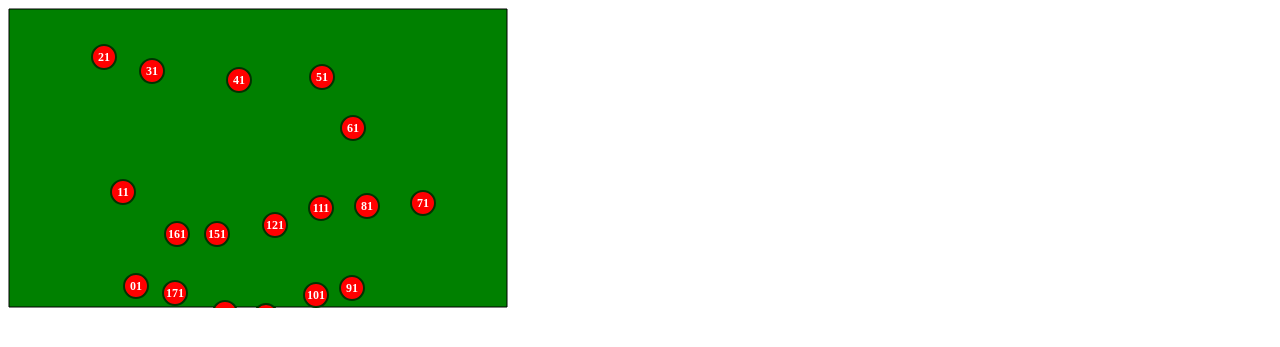
Repository: RathipriyaChandrasekaran/dotlite
Page: ConnectDots/animals.html
An editor plug-in stored every save of this project. The page is shown before and after the next save, followed by the edit.
The browser window is 1280 px wide. The pictures show the whole page.

Above is the page before, as saved 2014-12-14 20:38:48.

### ConnectDots/animals.html
<!DOCTYPE html>
<html>
<head>
     <meta charset="utf-8" />
     <meta name="viewport" content="width=device-width, initial-scale=1.0, maximum-scale=1.0">
     <link rel="stylesheet" type="text/css" href="css/appstyle.css"/>
     <script src="js/main.js"></script>
</head>
<body>

  <canvas id="canvas1" width="500" height="300"></canvas>

  <script type="text/javascript">

  var animals = [
                 {
                     url : "http://data1.whicdn.com/images/30005420/large.png",
                     points : [{"x":128,"y":278},{"x":115,"y":184},{"x":96,"y":49},{"x":144,"y":63},{"x":231,"y":72},{"x":314,"y":69},{"x":345,"y":120},{"x":415,"y":195},{"x":359,"y":198},{"x":344,"y":280},{"x":308,"y":287},{"x":313,"y":200},{"x":267,"y":217},{"x":258,"y":308},{"x":217,"y":305},{"x":209,"y":226},{"x":169,"y":226},{"x":167,"y":285}]
                 }
                 ];

             var animalSelected = 0;
             var animal = animals[animalSelected];

             var can = document.getElementById('canvas1');
             var context = can.getContext('2d');
             var radius = 12;
             var readyToTouchClr = "green";
             var readyToConnectClr = "yellow";
             var clr = "red";

             var height = 300;
             var width = 500;

             context.beginPath();
             context.rect(1, 1, width-2, height-2);
             context.fillStyle= 'green';
             context.fill();
             context.lineWidth = 1;
             context.strokeStyle = 'black';
             context.stroke();

             function drawCircle(point, text) {
               context.beginPath();
               context.arc(point.x, point.y, radius, 0, 2 * Math.PI, false);
               context.fillStyle = clr;
               context.fill();
               context.lineWidth = 2;
               context.strokeStyle = '#003300';
               context.stroke();

               context.fillStyle = "white";
               var font = "bold " + radius +"px serif";
               context.font = font;
               // Move it down by half the text height and left by half the text width
               var width = context.measureText(text).width;
               var height = context.measureText("w").width; // this is a GUESS of height
               context.fillText(text, point.x - (width/2), point.y + (height/2));
             }

             for(var i in animal.points) {
            	   var point = animal.points[i];
            	   drawCircle(point, i+1);
            	  }


  </script>
  </body>
  </html>

### ConnectDots/css/appstyle.css
#backgroundimage{
	display: block;

    background-repeat: no-repeat ;
}

#play{
	position: absolute;
	top: 80px;
	left: 320px;
	width: 100px;
	height: 35px;
}

#pref{
	position : absolute;
	top: 130px;
	left: 320px;
	width: 100px;
	height: 30px;
}
#moregame{
	position : absolute;
	top: 170px;
	left: 320px;
	width: 100px;
	height: 30px;
}

#fullversion{
	position : absolute;
	top: 210px;
	left: 320px;
	width: 100px;
	height: 30px;
}

.button {
   border-top: 1px solid #96d1f8;
   background: #D2691E;
   background: -webkit-gradient(linear, left top, left bottom, from(#3e779d), to(#65a9d7));
   background: -webkit-linear-gradient(top, #3e779d, #65a9d7);
   background: -moz-linear-gradient(top, #3e779d, #65a9d7);
   background: -ms-linear-gradient(top, #3e779d, #65a9d7);
   background: -o-linear-gradient(top, #3e779d, #65a9d7);
   padding: 5px 10px;
   -webkit-border-radius: 8px;
   -moz-border-radius: 8px;
   border-radius: 8px;
   -webkit-box-shadow: rgba(0,0,0,1) 0 1px 0;
   -moz-box-shadow: rgba(0,0,0,1) 0 1px 0;
   box-shadow: rgba(0,0,0,1) 0 1px 0;
   text-shadow: rgba(0,0,0,.4) 0 1px 0;
   color: white;
   font-size: 16px;
   font-family: Georgia, serif;
   text-decoration: none;
   vertical-align: middle;
   width: 150px;
   }
.button:hover {
   border-top-color: #28597a;
   background: #28597a;
   color: #ccc;
   }
.button:active {
   border-top-color: #1b435e;
   background: #D2691E;
   }
   .smallbutton {
   border-top: 1px solid #96d1f8;
   background: #65a9d7;
   background: -webkit-gradient(linear, left top, left bottom, from(#3e779d), to(#65a9d7));
   background: -webkit-linear-gradient(top, #3e779d, #65a9d7);
   background: -moz-linear-gradient(top, #3e779d, #65a9d7);
   background: -ms-linear-gradient(top, #3e779d, #65a9d7);
   background: -o-linear-gradient(top, #3e779d, #65a9d7);
   padding: 5px 10px;
   -webkit-border-radius: 8px;
   -moz-border-radius: 8px;
   border-radius: 8px;
   -webkit-box-shadow: rgba(0,0,0,1) 0 1px 0;
   -moz-box-shadow: rgba(0,0,0,1) 0 1px 0;
   box-shadow: rgba(0,0,0,1) 0 1px 0;
   text-shadow: rgba(0,0,0,.4) 0 1px 0;
   color: white;
   font-size: 14px;
   font-family: Georgia, serif;
   text-decoration: none;
   vertical-align: middle;
   width:150px;
   }

### ConnectDots/js/main.js
var startTime;
var checkTime;

//Initialize function
var init = function () {
	// TODO:: Do your initialization job
	console.log("init() called");

	// add eventListener for tizenhwkey
	document.addEventListener('tizenhwkey', function(e) {
		if(e.keyName == "back") {
			try {
				tizen.application.getCurrentApplication().exit();
			} catch (error) {
				console.error("getCurrentApplication(): " + error.message);
			}
		}
	});
};
// window.onload can work without <body onload="">
window.onload = init;

function startTime() {
	var today = new Date();
	var h = today.getHours();

	var m = today.getMinutes();
	var s = today.getSeconds();
	m = checkTime(m);
	s = checkTime(s);
	document.getElementById('divbutton1').innerHTML="Current time: " + h + ":" + m + ":" + s;
	var t = setTimeout(startTime, 250);
}

function checkTime(i) {
	if (i < 10) {
		i="0" + i;
	}
	return i;
}

After the next save:
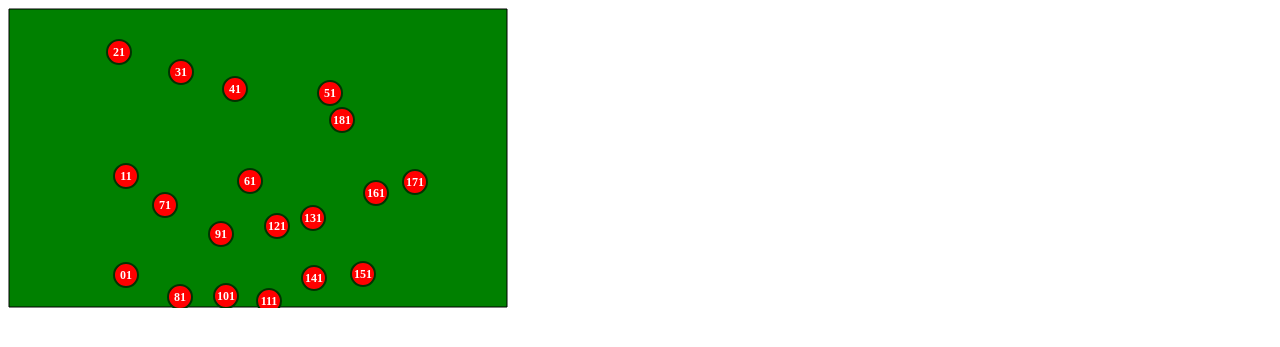
Saved 6 min 4 s later.
--- a/ConnectDots/animals.html
+++ b/ConnectDots/animals.html
@@ -15,7 +15,7 @@
   var animals = [
                  {
                      url : "http://data1.whicdn.com/images/30005420/large.png",
-                     points : [{"x":128,"y":278},{"x":115,"y":184},{"x":96,"y":49},{"x":144,"y":63},{"x":231,"y":72},{"x":314,"y":69},{"x":345,"y":120},{"x":415,"y":195},{"x":359,"y":198},{"x":344,"y":280},{"x":308,"y":287},{"x":313,"y":200},{"x":267,"y":217},{"x":258,"y":308},{"x":217,"y":305},{"x":209,"y":226},{"x":169,"y":226},{"x":167,"y":285}]
+                     points : [{"x":118,"y":267},{"x":118,"y":168},{"x":111,"y":44},{"x":173,"y":64},{"x":227,"y":81},{"x":322,"y":85},{"x":242,"y":173},{"x":157,"y":197},{"x":172,"y":289},{"x":213,"y":226},{"x":218,"y":288},{"x":261,"y":293},{"x":269,"y":218},{"x":305,"y":210},{"x":306,"y":270},{"x":355,"y":266},{"x":368,"y":185},{"x":407,"y":174},{"x":334,"y":112}]
                  }
                  ];
 
